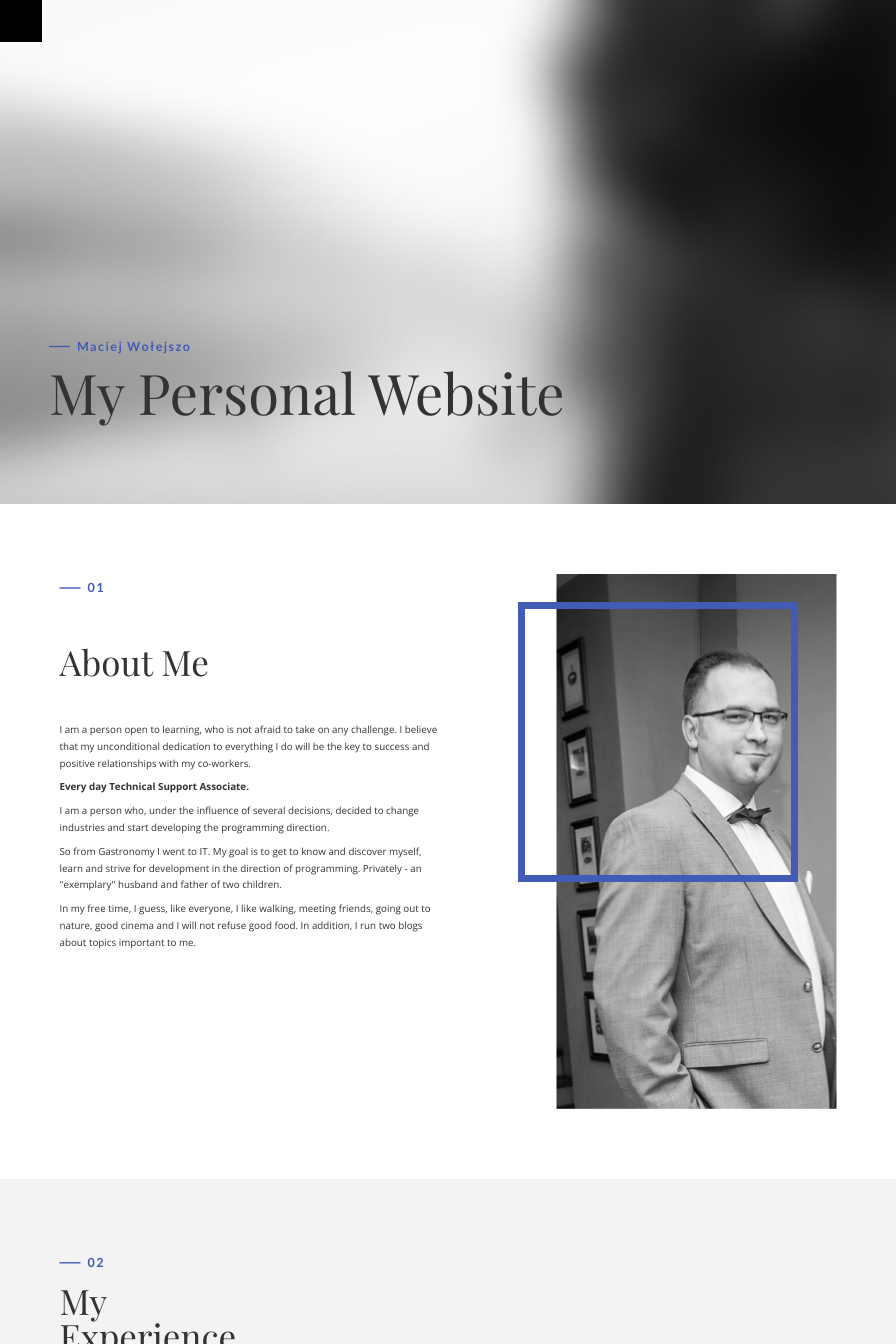
Repository: Maciej85Lodz/maciejwolejszo.pl
Page: index.html
These files come from the project's save history. The page is drawn as it stood at one moment and after the next save; the edit follows.
The browser window is 1280 px wide. The pictures show the part of the page from y = 0 to 1920 px (the page is 5976 px tall), at 70% of full size.
Some icons come from a web library that is not loaded, so they are not drawn. Some web fonts or font styles are not loaded; a fallback is used. Some web libraries are served in a nearby version.

Above is the page before, as saved 2019-07-01 13:46:14.

### index.html
<!DOCTYPE html>
<html lang="en">

<head>
    <meta charset="utf-8">
    <meta http-equiv="X-UA-Compatible" content="IE=edge">
    <meta name="viewport" content="width=device-width, initial-scale=1">
    <title>Maciej Wołejszo</title>
    <link rel="icon" href="img/favicon.ico" type="image/x-icon">
    <!-- Bootstrap -->
    <link href="css/bootstrap.min.css" rel="stylesheet">
    <link href="ionicons/css/ionicons.min.css" rel="stylesheet">
    <link href="css/animate.min.css" rel="stylesheet">
    <link href="css/aos.css" rel="stylesheet">
    <!-- main style -->
    <link href="css/style.css" rel="stylesheet">
    <!-- techno icons -->
    <link rel="stylesheet" href="https://cdn.rawgit.com/konpa/devicon/df6431e323547add1b4cf45992913f15286456d3/devicon.min.css">
    <!-- hamburger menu -->
    <link rel="stylesheet" href="https://use.fontawesome.com/releases/v5.6.1/css/all.css">
    <link rel="stylesheet" href="css/menu.css">
</head>

<body>
    <!-- Preloader -->
    <div id="preloader">
        <div id="status">
            <div class="preloader" aria-busy="true" aria-label="Loading, please wait." role="progressbar"></div>
        </div>
    </div>
    <!-- ./Preloader -->
    <!-- header -->
    <div class="menu-wrap">
        <input type="checkbox" class="toggler">
        <div class="hamburger"></div>
        <div></div>
        <div class="menu">
            <div>
                <div>
                    <ul>
                        <li><a href="#about">About Me</a></li>
                        <li><a href="#experience">experience</a></li>
                        <li><a href="#technologies">main technologies</a></li>
                        <li><a href="#projects">projects</a></li>
                        <li><a href="#contact">contact</a></li>
                    </ul>
                </div>
            </div>
        </div>
    </div>
    <!-- ./header -->
    <!-- home -->
    <div class="section" id="home" data-stellar-background-ratio="0">
        <div class="container">
            <div class="disply-table">
                <div class="table-cell" data-aos="fade-up" data-aos-delay="0">
                    <h4>Maciej Wołejszo</h4>
                    <h1 class="title-home">My Personal Website</h1>
                </div>
            </div>
        </div>
    </div>
    <!-- ./home -->
    <!-- about -->
    <div class="section" id="about">
        <div class="container">
            <div class="col-md-6" data-aos="fade-up">
                <h4>01</h4>
                <h1 class="size-50"><br /> About Me</h1>
                <div class="h-50"></div>
                <p>I am a person open to learning, who is not afraid to take on any challenge. I believe that my unconditional dedication to everything I do will be the key to success and positive relationships with my co-workers. </p>
                <p><strong>Every day Technical Support Associate.</strong></p>
                <p>I am a person who, under the influence of several decisions, decided to change industries and start developing the programming direction. </p>
                <p>So from Gastronomy I went to IT. My goal is to get to know and discover myself, learn and strive for development in the direction of programming. Privately - an "exemplary" husband and father of two children. </p>
                <p>In my free time, I guess, like everyone, I like walking, meeting friends, going out to nature, good cinema and I will not refuse good food. In addition, I run two blogs about topics important to me. </p>
                <div class="h-50"></div>
            </div>
            <div class="col-md-6 about-img-div">
                <div class="about-border" data-aos="fade-up" data-aos-delay=".4"></div>
                <img src="img/aboutme.png" width="400" class="img-responsive" alt="" align="right" data-aos="fade-right" data-aos-delay=".5" />
            </div>
        </div>
    </div>
    <!-- ./about -->
    <!-- experience  -->
    <div class="section " id="experience">
        <div class="container">
            <div class="col-md-12">
                <h4>02</h4>
                <h1 class="size-50">My <br /> Experience</h1>
                <div class="h-50"></div>
            </div>
            <div class="col-md-12">
                <ul class="timeline">
                    <li class="timeline-event" data-aos="fade-up">
                        <label class="timeline-event-icon"></label>
                        <div class="timeline-event-copy">
                            <p class="timeline-event-thumbnail">March 2016 - Present</p>
                            <h3>Modis Polska / Peoplevox</h3>
                            <h4>Technical Support Associate</h4>
                            <p>
                                <strong>Key responsibilities</strong>
                                <br>
                                <p>
                                    Work for Peoplevox Limited (http://www.peoplevox.co.uk/), Solving and replying to support tickets raised by external users of an application, Analyzing root causes and identifying a resolution to production issues with an application. Helping testers
                                    write test automation scripts, Fixing simple bugs, Assisting development team with simple development and maintenance tasks with WMS application. Development and maintenance tasks with Internal management application
                                    Creating unit tests (Moq and xUnit).
                                </p>
                            </p>
                        </div>
                    </li>
                </ul>
                <ul class="timeline">
                    <li class="timeline-event" data-aos="fade-up">
                        <label class="timeline-event-icon"></label>
                        <div class="timeline-event-copy">
                            <p class="timeline-event-thumbnail">January 2015 - February 2014</p>
                            <h3>Infosys BPO</h3>
                            <h4>Business Data Analyst at Reporting Shared Services [ReSS] Transformation Team</h4>
                            <p>
                                <strong>Key responsibilities</strong>
                                <br>
                                <p>
                                    Generating and update Reports. Analyzing Reports. Transformation Reports. Support Development Team. Support of Delivery Team.
                                </p>
                            </p>
                        </div>
                    </li>
                </ul>
                <ul class="timeline">
                    <li class="timeline-event" data-aos="fade-up">
                        <label class="timeline-event-icon"></label>
                        <div class="timeline-event-copy">
                            <p class="timeline-event-thumbnail">January 2015 - February 2014</p>
                            <h3>Infosys BPO</h3>
                            <h4>Process Executive at Sourcing & Procurement department</h4>
                            <p>
                                <strong>Key responsibilities</strong>
                                <br>
                                <p>
                                    Purchasing Executive for Philips Netherlands region, Generate and update request in SAP/ SRM system, Create and update Internal Order, Purchasing Order and Cost Center in SAP, Close cooperation and daily contact with Requestor, Support and help in solving
                                    problems and the implementation of urgent notifications, Support other Department buying Philips Netherlands region, Participation in meetings, training sessions and Conference calls with Philips S&P Process Management
                                </p>
                        </div>
                    </li>
                </ul>
                <ul class="timeline">
                    <li class="timeline-event" data-aos="fade-up">
                        <label class="timeline-event-icon"></label>
                        <div class="timeline-event-copy">
                            <p class="timeline-event-thumbnail">August 2012 - January 2014</p>
                            <h3>Staffline Group</h3>
                            <h4>SAP Produkt operative</h4>
                            <p>
                                <strong>Key responsibilities</strong>
                                <br>
                                <p>
                                    Supporting storage processes of products, Relocation of products between departments, Control and review of stock list, Creating the inventory documentation and quality, Producing and verifying shift reports.
                                </p>
                        </div>
                    </li>
                </ul>
                <ul class="timeline">
                    <li class="timeline-event" data-aos="fade-up">
                        <label class="timeline-event-icon"></label>
                        <div class="timeline-event-copy">
                            <p class="timeline-event-thumbnail">November 2009 - December 2010</p>
                            <h3>Fornetti Poland</h3>
                            <h4>Area Sales Manager</h4>
                            <p>
                                <strong>Key responsibilities</strong>
                                <br>
                                <p>
                                    Being responsible for the corporate branch functioning, Handling cost and sales control, Creation of customer service standards, Handling employee training and managing recruitment processes, Cooperation with franchising partners, Leading business negotiations,
                                    Creation of P&L and sales reports
                                </p>
                            </p>
                        </div>
                    </li>
                </ul>
            </div>
        </div>
    </div>
    <!-- ./experience -->
    <!-- technologies -->
    <div class="section " id="technologies">
        <div class="container ">
            <div class="col-md-6 ">
                <h4>03</h4>
                <h1 class="size-50 ">Main <br /> Technologies</h1>
                <br />
                <div>
                    <tr>
                        <td>
                            <span class="size-80">
                        <i class="devicon-csharp-plain colored"></i>
                        <div class="progress beltsize">
                            <div class="progress-bar progress-bar-striped active" role="progressbar" aria-valuenow="5"
                                 aria-valuemin="0" aria-valuemax="10" style="width:60%">
                                Intermediate
                            </div>
                        </div>
                    </span>
                        </td>
                        <td>
                            <span class="size-80">
                    <i class="devicon-dot-net-plain-wordmark colored"></i>
                    <div class="progress beltsize ">
                        <div class="progress-bar progress-bar-striped active" role="progressbar" aria-valuenow="5"
                                aria-valuemin="0" aria-valuemax="10" style="width:60%">
                            Intermediate
                        </div>
                    </div>
                    </span>
                        </td>
                        <td>
                            <span class="size-80">
                    <i class="devicon-javascript-plain colored"></i>
                    <div class="progress beltsize">
                        <div class="progress-bar progress-bar-striped active" role="progressbar" aria-valuenow="5 "
                                aria-valuemin="0" aria-valuemax="10" style="width:60%">
                            Beginner
                        </div>
                    </div>
                    </span>
                        </td>
                        <td>
                            <span class="size-80">
                        <i class="devicon-html5-plain-wordmark colored"></i>
                        <div class="progress beltsize">
                            <div class="progress-bar progress-bar-striped active" role="progressbar" aria-valuenow="5"
                                 aria-valuemin="0" aria-valuemax="10" style="width:60%">
                                Beginner
                            </div>
                        </div>
                    </span>
                        </td>
                        <td>
                            <span class="size-80">
                        <i class="devicon-css3-plain-wordmark colored"></i>
                        <div class="progress beltsize">
                            <div class="progress-bar progress-bar-striped active" role="progressbar" aria-valuenow="5"
                                 aria-valuemin="0" aria-valuemax="10" style="width:60%">
                                Beginner
                            </div>
                        </div>
                    </span>
                        </td>
                    </tr>
                </div>
            </div>
        </div>
    </div>
    <!-- ./technologies -->
    <!-- projects -->
    <div class="section" id="projects">
        <div class="container">
            <div class="col-md-12">
                <h4>04</h4>
                <h1 class="size-50">My <br /> Projects</h1>
            </div>
            <!-- main container -->
            <div class="main-container portfolio-inner clearfix">
                <!-- portfolio div -->
                <div class="portfolio-div">
                    <div class="portfolio">
                        <!-- portfolio_filter -->
                        <div class="categories-grid wow fadeInLeft">
                            <nav class="categories">
                                <ul class="portfolio_filter">
                                    <li>
                                        <a href=" " class="active" data-filter="*">All</a>
                                        <p>TBC</p>
                                    </li>
                                    <li>
                                        <a href=" " data-filter=".photography">Aplications</a>
                                        <p>TBC</p>
                                    </li>
                                </ul>
                            </nav>
                        </div>
                        <!-- portfolio_filter -->
                        <!-- portfolio_container -->
                        <div class="no-padding portfolio_container clearfix" data-aos="fade-up">
                            <!-- end portfolio_container -->
                        </div>
                        <!-- portfolio -->
                    </div>
                    <!-- end portfolio div -->
                </div>
                <!-- end main container -->
            </div>
        </div>
        <!-- ./projects -->
        <!-- contact -->
        <div class="section" id="contact">
            <div class="container">
                <div class="col-md-12">
                    <h4>05</h4>
                    <h1 class="size-50">Contact Me</h1>
                    <div class="h-50"></div>
                </div>
                <div class="col-md-4" data-aos="fade-up">

                    <h3>Email</h3>
                    <p>contact@maciejwolejszo.pl</p>

                    <h3>Social Network</h3>

                    <ul class="social">
                        <li><a href="# "><i class="ion-social-facebook"></i></a></li>
                        <li><a href="# "><i class="ion-social-twitter"></i></a></li>
                        <li><a href="# "><i class="ion-social-instagram"></i></a></li>
                        <li><a href="# "><i class="ion-social-dribbble"></i></a></li>
                    </ul>
                    <div class="clearfix"></div>
                    <div class="h-50"></div>
                </div>
                <div class="col-md-8" data-aos="fade-up">
                    <form class="contact-bg" id="contact-form" name="contact" action="https://formspree.io/contact@maciejwolejszo.pl" method="POST" novalidate="novalidate">
                        <input type="text" name="name" class="form-control" placeholder="Your Name " />
                        <input type="email" name="email" class="form-control" placeholder="Your E-mail" />
                        <input type="text" name="phone" class="form-control" placeholder="Phone Number" />
                        <textarea name="message" class="form-control" placeholder="Your Message" style="height:120px"></textarea>
                        <button id="submit" type="submit" name="submit">Send</button>
                        <div id="success">
                            <p class="green textcenter"> Your message was sent successfully! I will be in touch as soon as I can. </p>
                        </div>
                        <div id="error">
                            <p> Something went wrong, try refreshing and submitting the form again. </p>
                        </div>
                    </form>
                </div>
            </div>
        </div>
        <!-- footer-->
        <footer>
            <div class="footer">
                <p>All rights reserved - &copy; <span id="year"></span> || powered by csharpowezmagania.pl</p>
                <p>Created with Love in Łódź.</p>
            </div>
        </footer>
        <!-- end foter-->
        <!-- ./contact -->
    </div>


    <!-- jQuery -->
    <script src="js/jquery.js"></script>
    <!--  plugins  -->
    <script src="js/bootstrap.min.js"></script>
    <script src="js/plugins.js"></script>
    <script src="js/aos.js"></script>
    <!--<script src="js/jquery.form.js"></script>-->
    <script src="js/jquery.validate.min.js"></script>

    <!--  main script  -->
    <script src="js/custom.js"></script>
</body>

</html>

### css/menu.css
/* hamburger menu
===========================================================================*/

.menu-wrap {
    position: fixed;
    top: 0;
    left: 0;
    z-index: 1;
}

.menu-wrap .toggler {
    position: relative;
    top: 0;
    left: 0;
    z-index: 2;
    cursor: pointer;
    width: 50px;
    height: 50px;
    opacity: 0;
}

.menu-wrap .hamburger {
    position: absolute;
    top: 0;
    left: 0;
    z-index: 1;
    width: 60px;
    height: 60px;
    padding: 1rem;
    display: flex;
    align-items: center;
    justify-content: center;
    background: black
}


/* hamburger line
===========================================================================*/


/* Hamburger Lines - Top & Bottom */

.menu-wrap .hamburger>div::before,
.menu-wrap .hamburger>div::after {
    content: '';
    position: absolute;
    z-index: 1;
    top: -10px;
    width: 100%;
    height: 2px;
    background: inherit;
}


/* Moves Line Down */

.menu-wrap .hamburger>div::after {
    top: 10px;
}


/* Toggler Animation */

.menu-wrap .toggler:checked+.hamburger>div {
    transform: rotate(135deg);
}


/* Turns Lines Into X */

.menu-wrap .toggler:checked+.hamburger>div:before,
.menu-wrap .toggler:checked+.hamburger>div:after {
    top: 0;
    transform: rotate(90deg);
}


/* Rotate On Hover When Checked */

.menu-wrap .toggler:checked:hover+.hamburger>div {
    transform: rotate(225deg);
}


/* Show Menu */

.menu-wrap .toggler:checked~.menu {
    visibility: visible;
}

.menu-wrap .toggler:checked~.menu>div {
    transform: scale(1);
    transition-duration: var(--menu-speed);
}

.menu-wrap .toggler:checked~.menu>div>div {
    opacity: 1;
    transition: opacity 0.4s ease 0.4s;
}

.menu-wrap .menu {
    position: fixed;
    top: 0;
    left: 0;
    width: 100%;
    height: 100%;
    visibility: hidden;
    overflow: hidden;
    display: flex;
    align-items: center;
    justify-content: center;
}

.menu-wrap .menu>div {
    background: var(--overlay-color);
    border-radius: 50%;
    width: 200vw;
    height: 200vw;
    display: flex;
    flex: none;
    align-items: center;
    justify-content: center;
    transform: scale(0);
    transition: all 0.4s ease;
}

.menu-wrap .menu>div>div {
    text-align: center;
    max-width: 90vw;
    max-height: 100vh;
    opacity: 0;
    transition: opacity 0.4s ease;
}

.menu-wrap .menu>div>div>ul>li {
    list-style: none;
    color: #fff;
    font-size: 1.5rem;
    padding: 1rem;
}

.menu-wrap .menu>div>div>ul>li>a {
    color: inherit;
    text-decoration: none;
    transition: color 0.4s ease;
}

Loaded but not shown: css/bootstrap.min.css (library); ionicons/css/ionicons.min.css (library); css/animate.min.css (library); css/aos.css (library); js/jquery.js (library); js/bootstrap.min.js (library); js/plugins.js (library); js/aos.js (library); js/jquery.validate.min.js (library); js/custom.js (165 lines, source omitted); css/style.css (821 lines, source omitted)

After the next save:
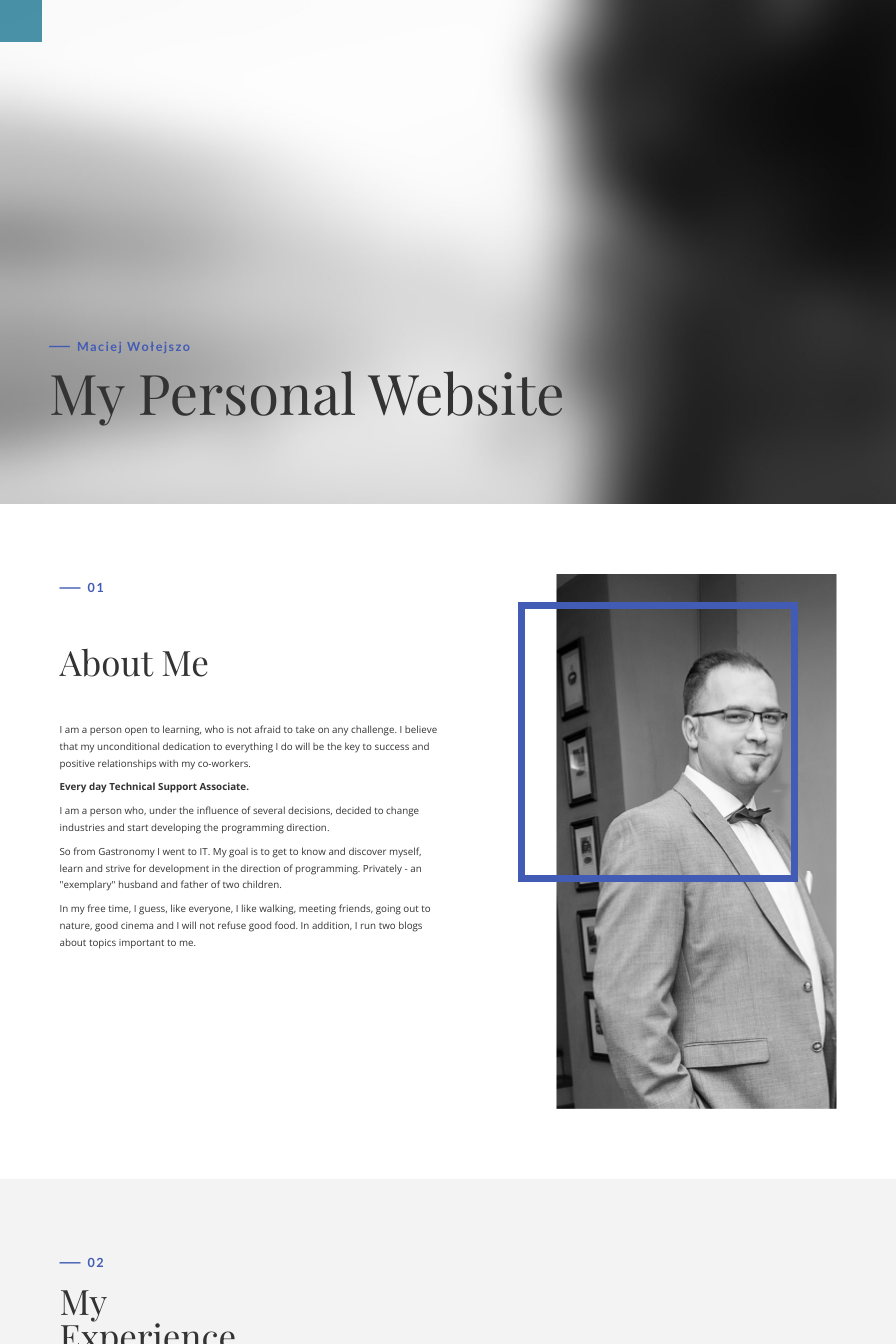
Saved 2 min 9 s later.
--- a/css/menu.css
+++ b/css/menu.css
@@ -1,5 +1,17 @@
 /* hamburger menu
 ===========================================================================*/
+
+
+/* CORE STYLES */
+
+:root {
+    --primary-color: rgba(13, 110, 139, 0.75);
+    --overlay-color: rgba(24, 39, 51, 0.85);
+    --menu-speed: 0.75s;
+}
+
+
+/* MENU STYLES */
 
 .menu-wrap {
     position: fixed;
@@ -9,7 +21,7 @@
 }
 
 .menu-wrap .toggler {
-    position: relative;
+    position: absolute;
     top: 0;
     left: 0;
     z-index: 2;
@@ -27,15 +39,26 @@
     width: 60px;
     height: 60px;
     padding: 1rem;
+    background: var(--primary-color);
     display: flex;
     align-items: center;
     justify-content: center;
-    background: black
 }
 
 
-/* hamburger line
-===========================================================================*/
+/* Hamburger Line */
+
+.menu-wrap .hamburger>div {
+    position: relative;
+    flex: none;
+    width: 100%;
+    height: 2px;
+    background: #fff;
+    display: flex;
+    align-items: center;
+    justify-content: center;
+    transition: all 0.4s ease;
+}
 
 
 /* Hamburger Lines - Top & Bottom */
